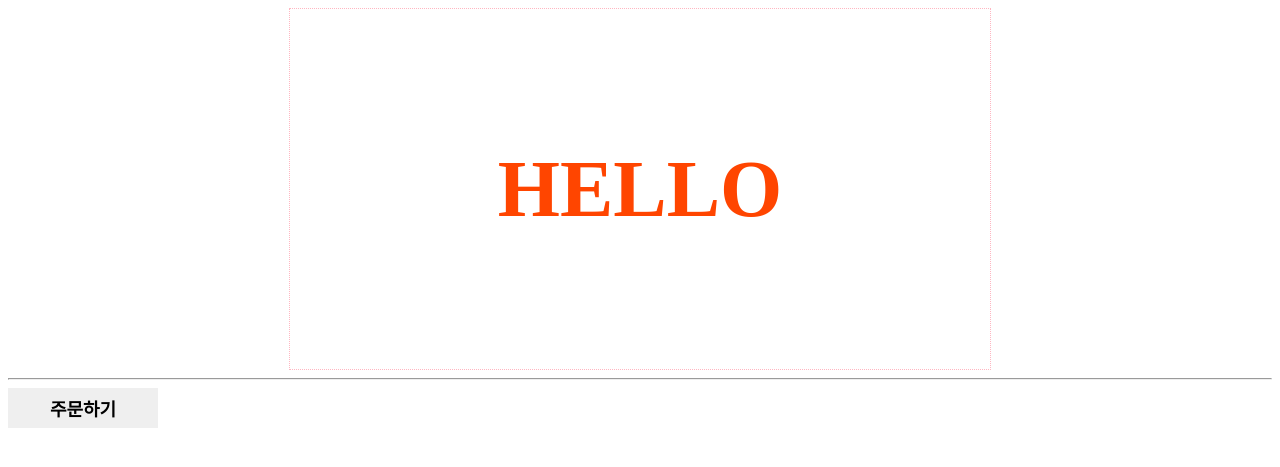
Repository: whgdkfk/web-workspace
Page: BurgerKingProject/src/main/webapp/index.html
An editor plug-in stored every save of this project. The page is shown before and after a run of saves, followed by the edit.
The browser window is 1280 px wide. The pictures show the whole page.

Above is the page before, as saved 2025-03-07 07:20:54.

### BurgerKingProject/src/main/webapp/index.html
<!DOCTYPE html>
<html>
<head>
<meta charset="UTF-8">
<title>Insert title here</title>
<style>
	h1 {
		color: orangered;
		text-align: center;
		font-size: 80px;
		width: 700px;
		height: 360px;
		border: 1px dotted lightpink;
		margin: auto;
		line-height: 360px;
	}

	button {
		width: 150px;
		height: 40px;
		font-weight: bold;
		font-size: 18px;
		border: none;
	}
</style>
</head>
<body>
	<h1>HELLO</h1>

	<hr>

	<button>주문하기</button>
</body>
</html>

After the next 2 saves:
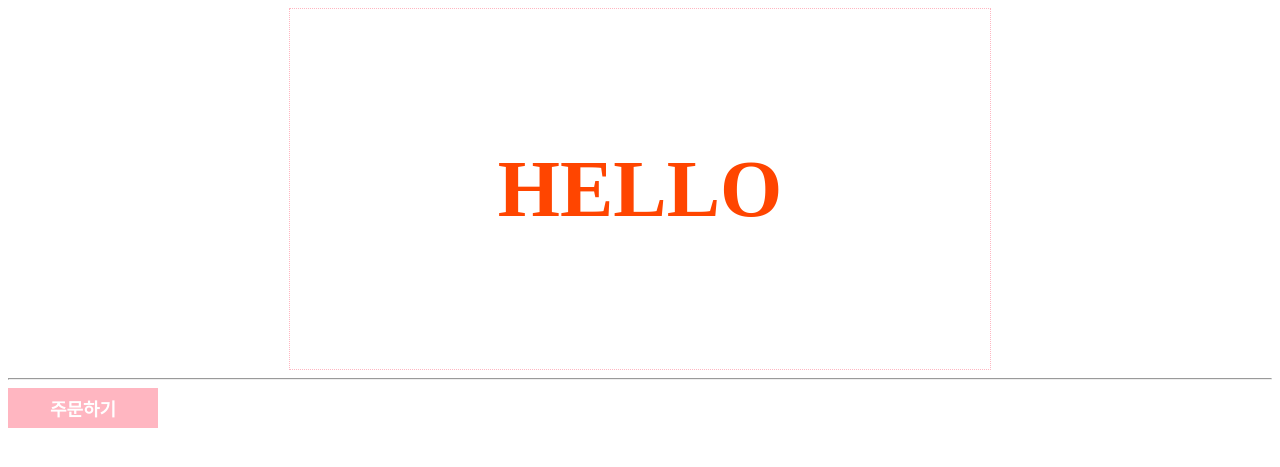
The 2 saves are shown as one change because they came seconds apart.
The last was saved 10 s later.
--- a/BurgerKingProject/src/main/webapp/index.html
+++ b/BurgerKingProject/src/main/webapp/index.html
@@ -21,6 +21,8 @@
 		font-weight: bold;
 		font-size: 18px;
 		border: none;
+		background: lightpink;
+		color: white;
 	}
 </style>
 </head>
